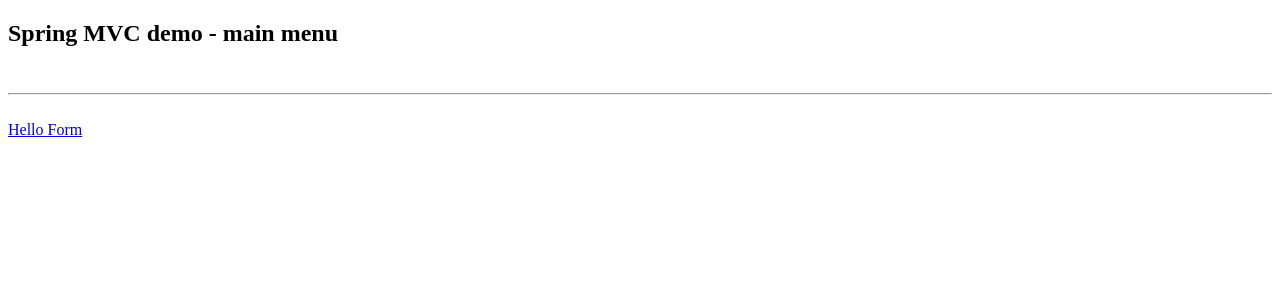
Repository: BhautikSakhiya/spring-learn
Page: http://localhost/spring-mvc-demo/
These files come from the project's save history. The page is drawn as it stood at one moment and after the next save; the edit follows.
The browser window is 1280 px wide. The pictures show the whole page.
The page is served by Tomcat 9.

Above is the page before, as saved 2022-07-04 10:59:41.

After the next save:
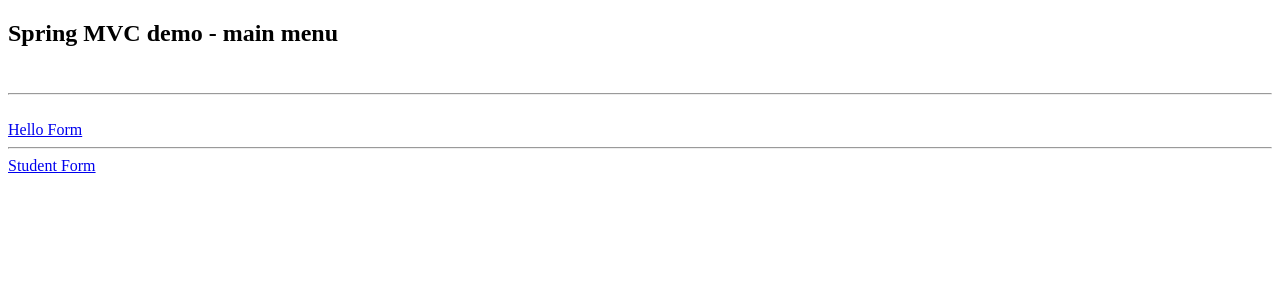
Saved 45 s later.
--- a/spring-mvc-demo/WebContent/WEB-INF/view/main-menu.jsp
+++ b/spring-mvc-demo/WebContent/WEB-INF/view/main-menu.jsp
@@ -10,5 +10,7 @@
 <h2>Spring MVC demo - main menu</h2>
 <br><hr><br>
 <a href="showForm">Hello Form</a>
+<hr>
+<a href="student/showForm">Student Form</a>
 </body>
 </html>
